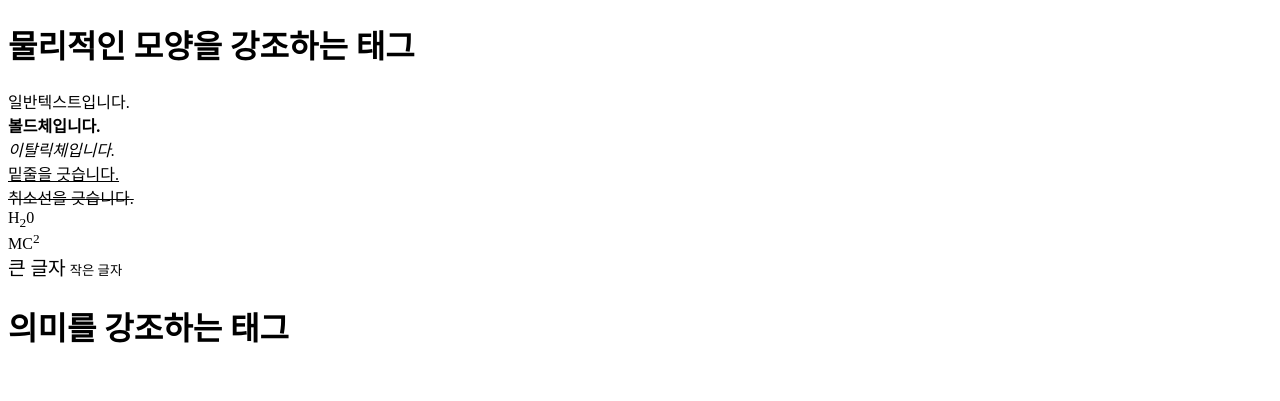
Repository: zzzzzzin/Client
Page: ClientTest/src/main/webapp/html/ex10_style.html
These files come from the project's save history. The page is drawn as it stood at one moment and after the next save; the edit follows.
The browser window is 1280 px wide. The pictures show the whole page.

Above is the page before, as saved 2024-03-13 01:14:53.

### ClientTest/src/main/webapp/html/ex10_style.html
<!DOCTYPE html>
<html>
<head>
<meta charset="EUC-KR">
<title>ex10_style</title>
</head>
<body>
	<h1>물리적인 모양을 강조하는 태그</h1>
	일반텍스트입니다.<br>
	<b>볼드체입니다.</b><br>
	<i>이탈릭체입니다.</i><br>
	<u>밑줄을 긋습니다.</u><br>
	<strike>취소선을 긋습니다.</strike><br>
	H<sub>2</sub>0<br><!-- 밑첨자 -->
	MC<sup>2</sup><br><!-- 윗첨자 -->
	<big>큰 글자</big>
	<small>작은 글자</small>


	<h1>의미를 강조하는 태그</h1>

</body>
</html>

After the next save:
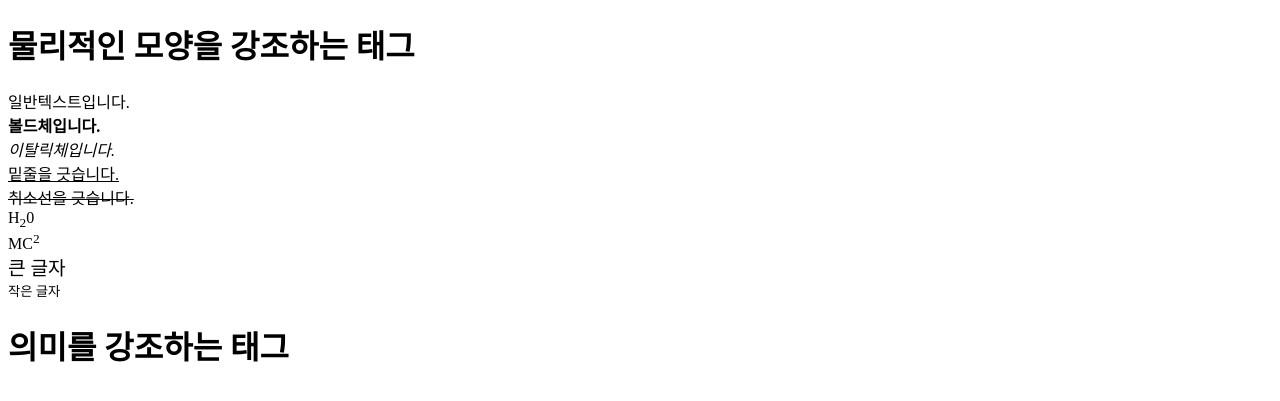
Saved 12 s later.
--- a/ClientTest/src/main/webapp/html/ex10_style.html
+++ b/ClientTest/src/main/webapp/html/ex10_style.html
@@ -13,8 +13,8 @@
 	<strike>취소선을 긋습니다.</strike><br>
 	H<sub>2</sub>0<br><!-- 밑첨자 -->
 	MC<sup>2</sup><br><!-- 윗첨자 -->
-	<big>큰 글자</big>
-	<small>작은 글자</small>
+	<big>큰 글자</big><br>
+	<small>작은 글자</small><br>
 
 
 	<h1>의미를 강조하는 태그</h1>
